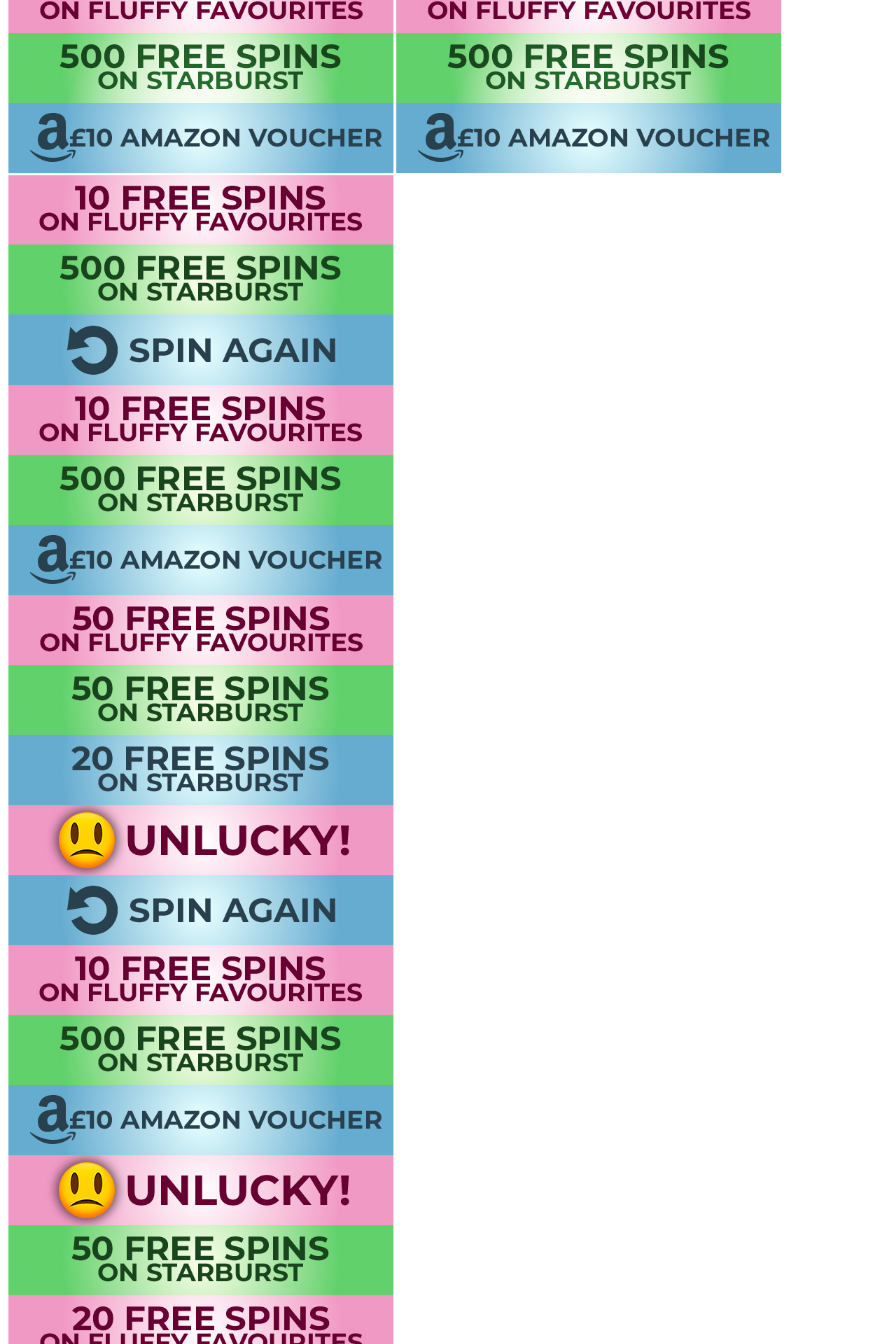
Repository: kligan/Animated_UI
Page: 15marketing/index.html
The author's editor kept a copy of each file at every save. The page is drawn from the files as they stood at one save, then again after the next save.
The browser window is 1280 px wide. The pictures show the part of the page from y = 4166 to 6086 px (the page is 6541 px tall before and 8644 px after), at 70% of full size.

Above is the page before, as saved 2021-05-31 12:01:54.

### 15marketing/index.html
<!DOCTYPE html>
<html lang="en">
<head>
    <!-- Required meta tags -->
    <meta charset="utf-8">
    <meta name="viewport" content="width=device-width, initial-scale=1">

    <!-- Bootstrap CSS -->
<!--    <link href="https://cdn.jsdelivr.net/npm/bootstrap@5.0.1/dist/css/bootstrap.min.css" rel="stylesheet" integrity="sha384-+0n0xVW2eSR5OomGNYDnhzAbDsOXxcvSN1TPprVMTNDbiYZCxYbOOl7+AMvyTG2x" crossorigin="anonymous">-->
    <link href="./sass/style.css" rel="stylesheet">
    <link href="./sass/index.css" rel="stylesheet">
    <!-- <link rel="stylesheet" href="../node_modules/bootstrap/dist/css/bootstrap.css"> -->

    <title>15 Marketing</title>
</head>
<body>
<div class="container-fluid">
    <div class="row background">
            <div class="col">
                <div class="row content">
                    <div class="col">
                        <div class="row logo">
                            <img src="./assets/logo.png">
                        </div>
                        <div class="row">
                            <div class="col main-offer_text">
                                <img src="./assets/main-offer_text.png">
                            </div>
                            <div class="col main-offer_reel">
                                <div class="Animated-slot">
                                    <img class="spin-machine" src="./assets/Animated Reel Assets/spin-machine.png">
                                    <div class="outer slot first">
                                        <div class="inner slot-inner">
                                            <img class="spin-machine_prize" src="./assets/Animated Reel Assets/spin-machine_prizes.jpg">
                                            <img class="spin-machine_prize" src="./assets/Animated Reel Assets/spin-machine_prizes.jpg">
                                            <img class="spin-machine_prize" src="./assets/Animated Reel Assets/spin-machine_prizes.jpg">
                                        </div>
                                    </div>
                                            <!-- <img class="spin-machine" src="./assets/Animated Reel Assets/spin-machine.png"> -->

                                <!-- <div class="slot first">
                                    <div class="slot-inner">
                                      <div class="panel"><img src="./assets/Animated Reel Assets/spin-machine_prizes.jpg"></div>
                                      <div class="panel"><img src="./assets/Animated Reel Assets/spin-machine_prizes.jpg"></div>
                                      <div class="panel"><img src="./assets/Animated Reel Assets/spin-machine_prizes.jpg"></div>
                                      <div class="panel"><img src="./assets/Animated Reel Assets/spin-machine_prizes.jpg"></div>
                                      <div class="panel"><img src="./assets/Animated Reel Assets/spin-machine_prizes.jpg"></div>
                                      <div class="panel"><img src="./assets/Animated Reel Assets/spin-machine_prizes.jpg"></div>
                                      <div class="panel"><img src="./assets/Animated Reel Assets/spin-machine_prizes.jpg"></div>
                                      <div class="panel"><img src="./assets/Animated Reel Assets/spin-machine_prizes.jpg"></div>
                                      <div class="panel"><img src="./assets/Animated Reel Assets/spin-machine_prizes.jpg"></div>
                                      <div class="panel"><img src="./assets/Animated Reel Assets/spin-machine_prizes.jpg"></div>
                                      <div class="panel"><img src="./assets/Animated Reel Assets/spin-machine_prizes.jpg"></div>
                                      <div class="panel"><img src="./assets/Animated Reel Assets/spin-machine_prizes.jpg"></div>
                                      <div class="panel"><img src="./assets/Animated Reel Assets/spin-machine_prizes.jpg"></div>
                                      <div class="panel"><img src="./assets/Animated Reel Assets/spin-machine_prizes.jpg"></div>
                                      <div class="panel"><img src="./assets/Animated Reel Assets/spin-machine_prizes.jpg"></div>
                                      <div class="panel"><img src="./assets/Animated Reel Assets/spin-machine_prizes.jpg"></div>
                                    </div>
                                  </div>  -->
                                </div>

                            </div>
                        </div>
                        <div class="row join-now">
                            <!-- <img src="./assets/join-now.png"> -->
                            <button>Join Now</button>
                        </div>
                    </div>
                </div>
                <div class="row footer"></div>
            </div>
    </div>
</div>
<!-- Optional JavaScript; choose one of the two! -->

<!-- Option 1: Bootstrap Bundle with Popper -->
<script src="https://cdn.jsdelivr.net/npm/bootstrap@5.0.1/dist/js/bootstrap.bundle.min.js" integrity="sha384-gtEjrD/SeCtmISkJkNUaaKMoLD0//ElJ19smozuHV6z3Iehds+3Ulb9Bn9Plx0x4" crossorigin="anonymous"></script>

<!-- Option 2: Separate Popper and Bootstrap JS -->
<!--
<script src="https://cdn.jsdelivr.net/npm/@popperjs/core@2.9.2/dist/umd/popper.min.js" integrity="sha384-IQsoLXl5PILFhosVNubq5LC7Qb9DXgDA9i+tQ8Zj3iwWAwPtgFTxbJ8NT4GN1R8p" crossorigin="anonymous"></script>
<script src="https://cdn.jsdelivr.net/npm/bootstrap@5.0.1/dist/js/bootstrap.min.js" integrity="sha384-Atwg2Pkwv9vp0ygtn1JAojH0nYbwNJLPhwyoVbhoPwBhjQPR5VtM2+xf0Uwh9KtT" crossorigin="anonymous"></script>
-->
</body>
</html>

### 15marketing/sass/index.css
*, *:before, *:after{
    box-sizing: border-box;
 }

 html, body, div, span, object, iframe, figure, h1, h2, h3, h4, h5, h6, p, blockquote, pre, a, code, em, img, small, strike, strong, sub, sup, tt, b, u, i, ol, ul, li, fieldset, form, label, table, caption, tbody, tfoot, thead, tr, th, td, main, canvas, embed, footer, header, nav, section, video{
    margin: 0;
    padding: 0;
    border: 0;
    font-size: 100%;
    font: inherit;
    vertical-align: baseline;
    text-rendering: optimizeLegibility;
    -webkit-font-smoothing: antialiased;
    text-size-adjust: none;
 }

 footer, header, nav, section, main{
    display: block;
 }

 body{
    line-height: 1;
 }

 ol, ul{
    list-style: none;
 }

 blockquote, q{
    quotes: none;
 }

 blockquote:before, blockquote:after, q:before, q:after{
    content: '';
    content: none;
 }

 table{
    border-collapse: collapse;
    border-spacing: 0;
 }

 input{
    -webkit-appearance: none;
    border-radius: 0;
 }

Loaded but not shown: 15marketing/sass/style.css (library)

After the next save:
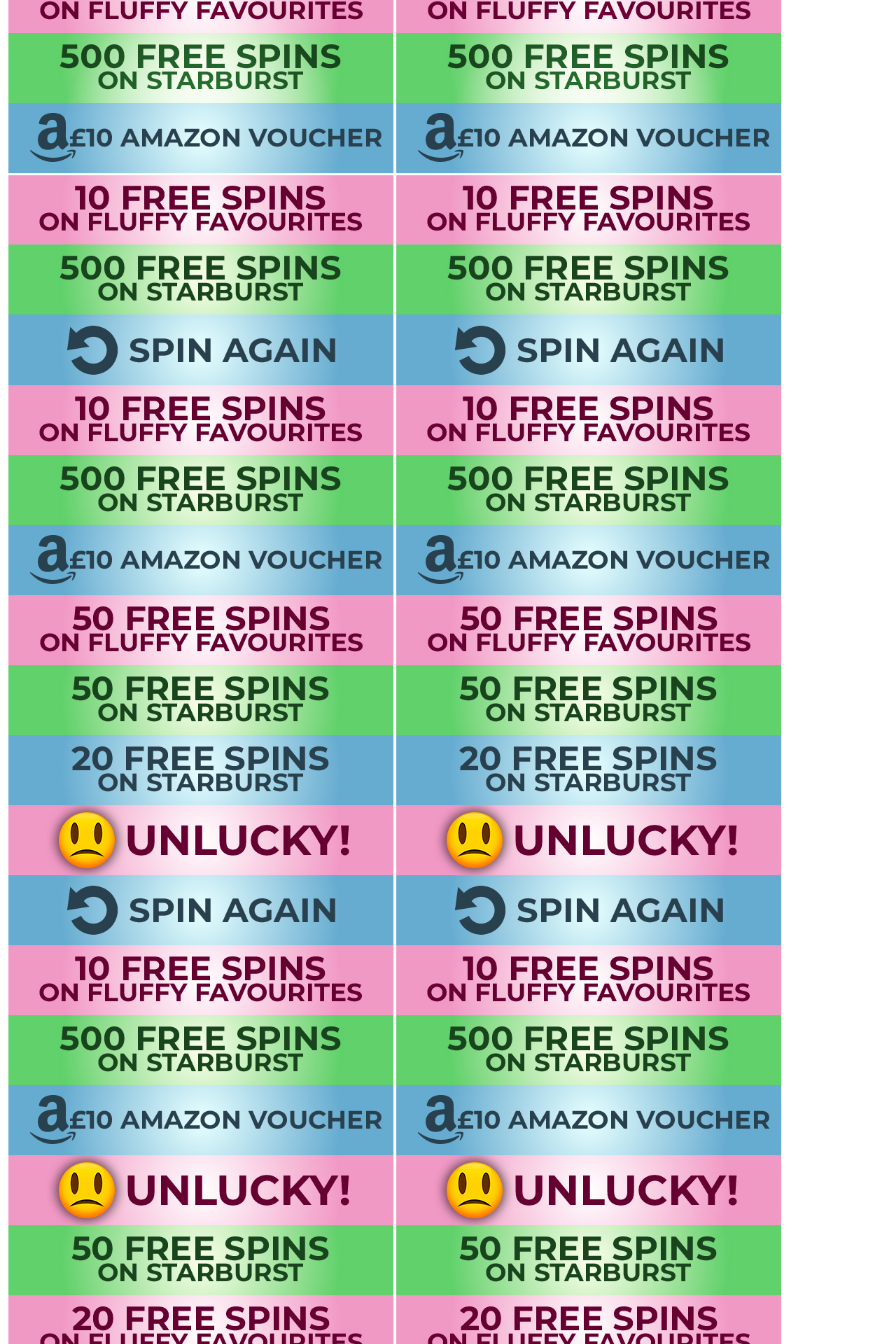
Saved 13 s later.
--- a/15marketing/index.html
+++ b/15marketing/index.html
@@ -31,6 +31,8 @@
                                     <img class="spin-machine" src="./assets/Animated Reel Assets/spin-machine.png">
                                     <div class="outer slot first">
                                         <div class="inner slot-inner">
+                                            <img class="spin-machine_prize" src="./assets/Animated Reel Assets/spin-machine_prizes.jpg">
+                                            <img class="spin-machine_prize" src="./assets/Animated Reel Assets/spin-machine_prizes.jpg">
                                             <img class="spin-machine_prize" src="./assets/Animated Reel Assets/spin-machine_prizes.jpg">
                                             <img class="spin-machine_prize" src="./assets/Animated Reel Assets/spin-machine_prizes.jpg">
                                             <img class="spin-machine_prize" src="./assets/Animated Reel Assets/spin-machine_prizes.jpg">
